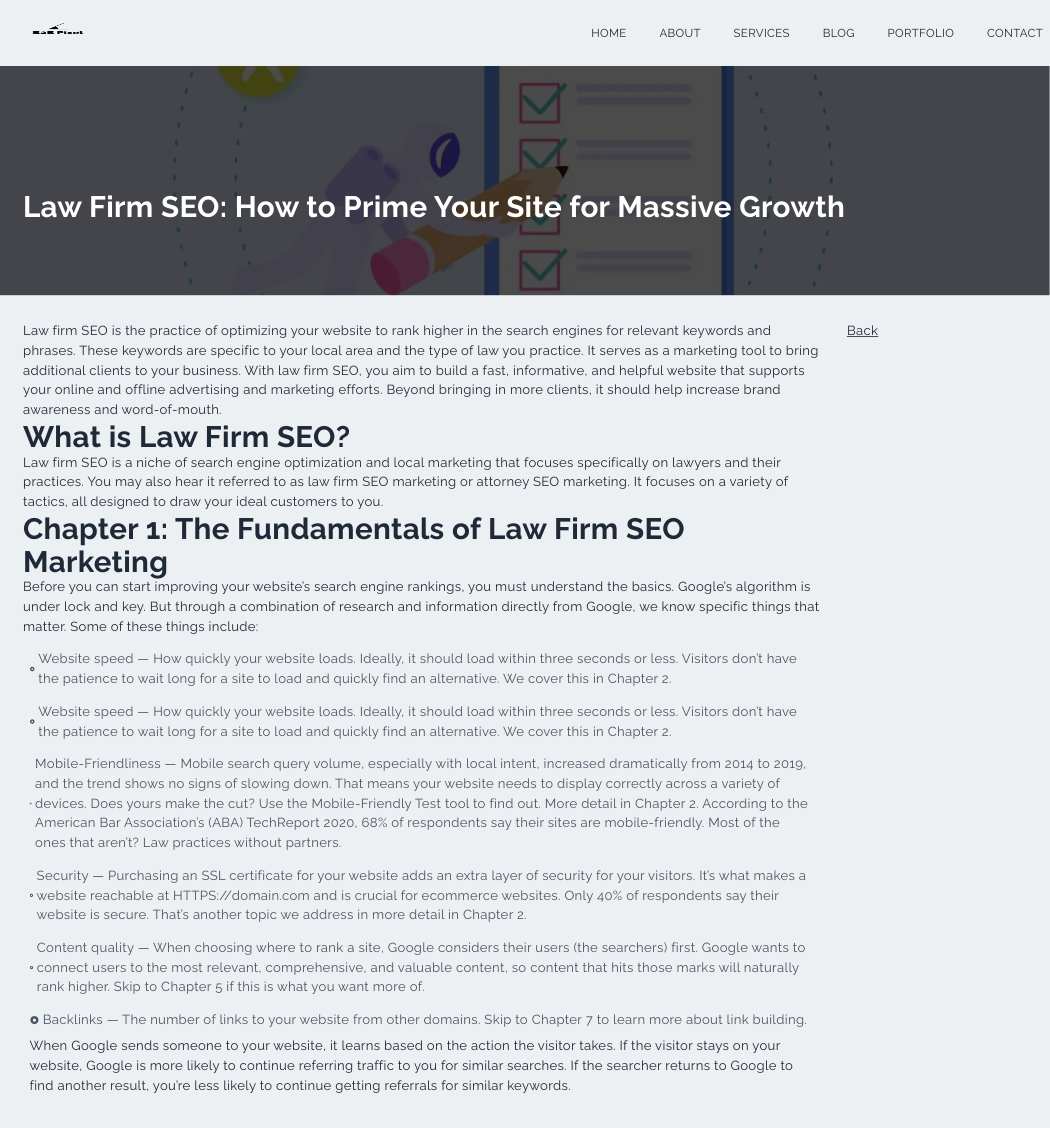
Repository: DID0101/nextjs.b2b
Page: /netflix
The author's editor kept a copy of each file at every save. The page is drawn from the files as they stood at one save, then again after the next save.
The browser window is 1280 px wide. The pictures show the whole page, at 82% of full size.
The project was rebuilt for these pictures with package versions that can differ from the ones it lists, and the page was loaded fresh each time. The framework's server and built-in components were replaced by stand-ins that run in the browser. Also part of the build but not shown: next.config.js.

Above is the page before, as saved 2024-01-22 03:57:31.

### pages/netflix.jsx
import Image from 'next/image';
import React from 'react';
import netflixImg from '../public/assets/projects/netflix.jpg';
import { RiRadioButtonFill } from 'react-icons/ri';
import Link from 'next/link';

const netflix = () => {
  return (
    <div className='w-full'>
      <div className='w-screen h-[50vh] relative'>
        <div className='absolute top-0 left-0 w-full h-[50vh] bg-black/70 z-10' />
        <Image
          className='absolute z-1'
          layout='fill'
          objectFit='cover'
          src={netflixImg}
          alt='/'
        />
        <div className='absolute top-[70%] max-w-[1240px] w-full left-[50%] right-[50%] translate-x-[-50%] translate-y-[-50%] text-white z-10 p-2'>
          <h2 className='py-2'>Law Firm SEO: How to Prime Your Site for Massive Growth</h2>
          {/* <h3>React JS / Tailwind / Firebase</h3> */}
        </div>
      </div>

      <div className='max-w-[1240px] mx-auto p-2 grid md:grid-cols-5 gap-8 py-8'>
        <div className='col-span-4'>
          {/* <p>Project</p> */}
          {/* <h2>Overview</h2> */}
          <p>
          Law firm SEO is the practice of optimizing your website to rank higher in the search engines for relevant keywords and phrases. These keywords are specific to your local area and the type of law you practice. It serves as a marketing tool to bring additional clients to your business.

With law firm SEO, you aim to build a fast, informative, and helpful website that supports your online and offline advertising and marketing efforts. Beyond bringing in more clients, it should help increase brand awareness and word-of-mouth.
          </p>
          <p>

          </p>
          <h2>What is Law Firm SEO?</h2>
          <p> </p>
          <p>Law firm SEO is a niche of search engine optimization and local marketing that focuses specifically on lawyers and their practices. You may also hear it referred to as law firm SEO marketing or attorney SEO marketing. It focuses on a variety of tactics, all designed to draw your ideal customers to you.</p>
            <p> </p>
            <h2>Chapter 1: The Fundamentals of Law Firm SEO Marketing</h2>
            <p> </p>
            <p>Before you can start improving your website’s search engine rankings, you must understand the basics. Google’s algorithm is under lock and key. But through a combination of research and information directly from Google, we know specific things that matter. Some of these things include:</p>
               <p>

               </p>
               <div className='p-2'>
            <div className='grid grid-cols-3 md:grid-cols-1'>
              <p className='text-gray-600 py-2 flex items-center'>
                <RiRadioButtonFill className='pr-1' /> Website speed — How quickly your website loads. Ideally, it should load within three seconds or less. Visitors don’t have the patience to wait long for a site to load and quickly find an alternative. We cover this in Chapter 2.
              </p>
              <p className='text-gray-600 py-2 flex items-center'>
                <RiRadioButtonFill className='pr-1' /> Website speed — How quickly your website loads. Ideally, it should load within three seconds or less. Visitors don’t have the patience to wait long for a site to load and quickly find an alternative. We cover this in Chapter 2.
              </p>
              <p className='text-gray-600 py-2 flex items-center'>
                <RiRadioButtonFill className='pr-1' /> Mobile-Friendliness — Mobile search query volume, especially with local intent, increased dramatically from 2014 to 2019, and the trend shows no signs of slowing down. That means your website needs to display correctly across a variety of devices. Does yours make the cut? Use the Mobile-Friendly Test tool to find out. More detail in Chapter 2. According to the American Bar Association’s (ABA) TechReport 2020, 68% of respondents say their sites are mobile-friendly. Most of the ones that aren’t? Law practices without partners.
              </p>
              <p className='text-gray-600 py-2 flex items-center'>
                <RiRadioButtonFill className='pr-1' /> Security — Purchasing an SSL certificate for your website adds an extra layer of security for your visitors. It’s what makes a website reachable at HTTPS://domain.com and is crucial for ecommerce websites. Only 40% of respondents say their website is secure.  That’s another topic we address in more detail in Chapter 2.
              </p>
              <p className='text-gray-600 py-2 flex items-center'>
                <RiRadioButtonFill className='pr-1' /> Content quality — When choosing where to rank a site, Google considers their users (the searchers) first. Google wants to connect users to the most relevant, comprehensive, and valuable content, so content that hits those marks will naturally rank higher. Skip to Chapter 5 if this is what you want more of.
              </p>
              <p className='text-gray-600 py-2 flex items-center'>
                <RiRadioButtonFill className='pr-1' />Backlinks — The number of links to your website from other domains. Skip to Chapter 7 to learn more about link building.
              </p>

            </div>
            <p>

            </p>
            <p>When Google sends someone to your website, it learns based on the action the visitor takes. If the visitor stays on your website, Google is more likely to continue referring traffic to you for similar searches. If the searcher returns to Google to find another result, you’re less likely to continue getting referrals for similar keywords. </p>
          </div>


          {/* <a
            href='https://github.com/fireclint/netflix-react-tailwind'
            target='_blank'
            rel='noreferrer'
          >
            <button className='px-8 py-2 mt-4 mr-8'>Code</button>
          </a>
          <a
            href='https://fireclint.github.io/netflix-react-tailwind/'
            target='_blank'
            rel='noreferrer'
          >
            <button className='px-8 py-2 mt-4'>Demo</button>
          </a> */}
        </div>
        {/* <div className='col-span-4 md:col-span-1 shadow-xl shadow-gray-400 rounded-xl py-4'>
          <div className='p-2'>
            <p className='text-center font-bold pb-2'>Technologies</p>
            <div className='grid grid-cols-3 md:grid-cols-1'>
              <p className='text-gray-600 py-2 flex items-center'>
                <RiRadioButtonFill className='pr-1' /> React
              </p>
              <p className='text-gray-600 py-2 flex items-center'>
                <RiRadioButtonFill className='pr-1' /> Tailwind
              </p>
              <p className='text-gray-600 py-2 flex items-center'>
                <RiRadioButtonFill className='pr-1' /> Javascript
              </p>
              <p className='text-gray-600 py-2 flex items-center'>
                <RiRadioButtonFill className='pr-1' /> Firebase
              </p>
              <p className='text-gray-600 py-2 flex items-center'>
                <RiRadioButtonFill className='pr-1' /> IMDB API
              </p>
            </div>
          </div>
        </div> */}
        <Link href='/#projects'>
          <p className='underline cursor-pointer'>Back</p>
        </Link>
      </div>
    </div>
  );
};

export default netflix;

### components/Navbar.jsx
import Image from 'next/image';
import Link from 'next/link';
import React, { useState, useEffect } from 'react';
import { AiOutlineClose, AiOutlineMail, AiOutlineMenu } from 'react-icons/ai';
import { FaGithub, FaLinkedinIn } from 'react-icons/fa';
import { BsFillPersonLinesFill } from 'react-icons/bs';
// import { useRouter } from 'next/router';
import NavLogo from '../public/assets/navLogo.png'

const Navbar = () => {
  const [nav, setNav] = useState(false);
  const [shadow, setShadow] = useState(false);
  const [navBg, setNavBg] = useState('#ecf0f3');
  const [linkColor, setLinkColor] = useState('#1f2937');
  // const [position, setPosition] = useState('fixed')
  // const router = useRouter();

  // useEffect(() => {
  //   if (
  //     router.asPath === '/property' ||
  //     router.asPath === '/crypto' ||
  //     router.asPath === '/netflix' ||
  //     router.asPath === '/twitch'
  //   ) {
  //     setNavBg('transparent');
  //     setLinkColor('#ecf0f3');
  //   } else {
  //     setNavBg('#ecf0f3');
  //     setLinkColor('#1f2937');
  //   }
  // }, [router]);

  const handleNav = () => {
    setNav(!nav);
  };

  useEffect(() => {
    const handleShadow = () => {
      if (window.scrollY >= 90) {
        setShadow(true);
      } else {
        setShadow(false);
      }
    };
    window.addEventListener('scroll', handleShadow);
  }, []);

  return (
    <div
      style={{ backgroundColor: `${navBg}` }}
      className={
        shadow
          ? 'fixed w-full h-20 shadow-xl z-[100] ease-in-out duration-300'
          : 'fixed w-full h-20 z-[100]'
      }
    >
      <div className='flex justify-between items-center w-full h-full px-2 2xl:px-16'>
        <Link href='/'>
          <a>
            <Image
              src={NavLogo}
              alt='/'
              width='125'
              height='50'
              className='cursor-pointer'
            />
          </a>
        </Link>
        <div>
          <ul style={{ color: `${linkColor}` }} className='hidden md:flex'>
            <li className='ml-10 text-sm uppercase hover:border-b'>
              <Link href='/'>Home</Link>
            </li>
            <li className='ml-10 text-sm uppercase hover:border-b'>
              <Link href='/#about'>About</Link>
            </li>
            <li className='ml-10 text-sm uppercase hover:border-b'>
              <Link href='/#skills'>Services</Link>
            </li>
            <li className='ml-10 text-sm uppercase hover:border-b'>
              <Link href='/#projects'>Blog</Link>
            </li>
            <li className='ml-10 text-sm uppercase hover:border-b'>
              <Link href='/resume'>Portfolio</Link>
            </li>
            <li className='ml-10 text-sm uppercase hover:border-b'>
              <Link href='/#contact'>Contact</Link>
            </li>
          </ul>
          {/* Hamburger Icon */}
          <div
            style={{ color: `${linkColor}` }}
            onClick={handleNav}
            className='md:hidden'
          >
            <AiOutlineMenu size={25} />
          </div>
        </div>
      </div>

      {/* Mobile Menu */}
      {/* Overlay */}
      <div
        className={
          nav ? 'md:hidden fixed left-0 top-0 w-full h-screen bg-black/70' : ''
        }
      >
        {/* Side Drawer Menu */}
        <div
          className={
            nav
              ? ' fixed left-0 top-0 w-[75%] sm:w-[60%] md:w-[45%] h-screen bg-[#ecf0f3] p-10 ease-in duration-500'
              : 'fixed left-[-100%] top-0 p-10 ease-in duration-500'
          }
        >
          <div>
            <div className='flex w-full items-center justify-between'>
              <Link href='/'>
                <a>
                  <Image
                    src={NavLogo}
                    width='87'
                    height='35'
                    alt='/'
                  />
                </a>
              </Link>
              <div
                onClick={handleNav}
                className='rounded-full shadow-lg shadow-gray-400 p-3 cursor-pointer'
              >
                <AiOutlineClose />
              </div>
            </div>
            <div className='border-b border-gray-300 my-4'>
              <p className='w-[85%] md:w-[90%] py-4'>
                Let&#39;s build something legendary together
              </p>
            </div>
          </div>
          <div className='py-4 flex flex-col'>
            <ul className='uppercase'>
              <Link href='/'>
                <li onClick={() => setNav(false)} className='py-4 text-sm'>
                  Home
                </li>
              </Link>
              <Link href='/#about'>
                <li onClick={() => setNav(false)} className='py-4 text-sm'>
                  About
                </li>
              </Link>
              <Link href='/#skills'>
                <li onClick={() => setNav(false)} className='py-4 text-sm'>
                  Skills
                </li>
              </Link>
              <Link href='/#projects'>
                <li onClick={() => setNav(false)} className='py-4 text-sm'>
                  Projects
                </li>
              </Link>
              <Link href='/resume'>
                <li onClick={() => setNav(false)} className='py-4 text-sm'>
                  Resume
                </li>
              </Link>
              <Link href='/#contact'>
                <li onClick={() => setNav(false)} className='py-4 text-sm text-[#ac4d5a]'>
                  Save My Spot
                </li>
              </Link>
            </ul>
            <div className='pt-40'>
              <p className='uppercase tracking-widest text-[#5651e5]'>
                Let&#39;s Connect
              </p>
              <div className='flex items-center justify-between my-4 w-full sm:w-[80%]'>
                <a
                  href='https://www.linkedin.com/in/clint-briley-50056920a/'
                  target='_blank'
                  rel='noreferrer'
                >
                  <div className='rounded-full shadow-lg shadow-gray-400 p-3 cursor-pointer hover:scale-105 ease-in duration-300'>
                    <FaLinkedinIn />
                  </div>
                </a>
                <a
                  href='https://github.com/fireclint'
                  target='_blank'
                  rel='noreferrer'
                >
                  <div className='rounded-full shadow-lg shadow-gray-400 p-3 cursor-pointer hover:scale-105 ease-in duration-300'>
                    <FaGithub />
                  </div>
                </a>
                <Link href='/#contact'>
                  <div
                    onClick={() => setNav(!nav)}
                    className='rounded-full shadow-lg shadow-gray-400 p-3 cursor-pointer hover:scale-105 ease-in duration-300'
                  >
                    <AiOutlineMail />
                  </div>
                </Link>
                <Link href='/resume'>
                  <div
                    onClick={() => setNav(!nav)}
                    className='rounded-full shadow-lg shadow-gray-400 p-3 cursor-pointer hover:scale-105 ease-in duration-300'
                  >
                    <BsFillPersonLinesFill />
                  </div>
                </Link>
              </div>
            </div>
          </div>
        </div>
      </div>
    </div>
  );
};

export default Navbar;

Loaded but not shown: pages/_app.js (common file); pages/_document.js (common file); styles/globals.css (common file); tailwind.config.js (common file)

After the next save:
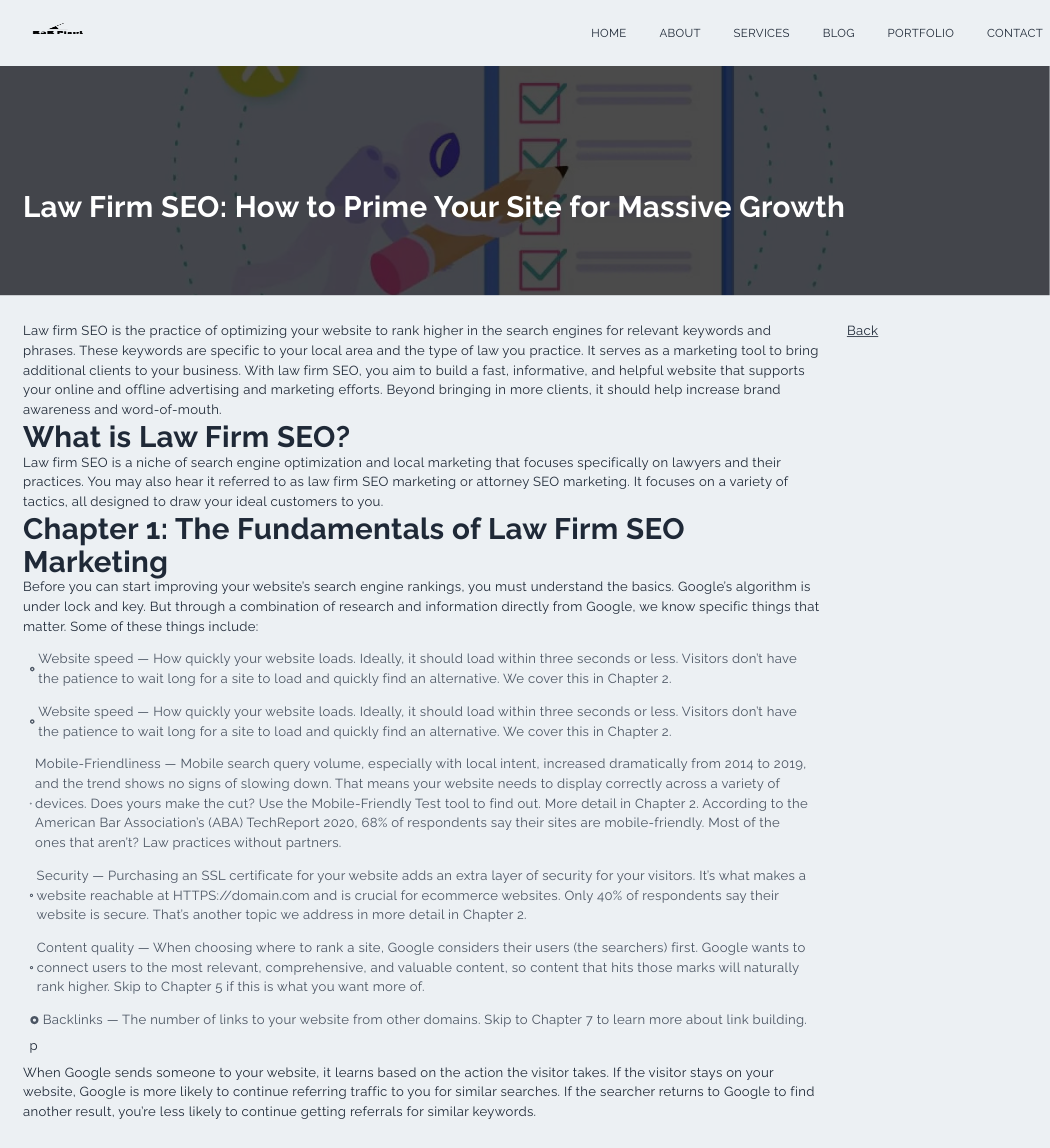
Saved 31 s later.
--- a/pages/netflix.jsx
+++ b/pages/netflix.jsx
@@ -64,13 +64,13 @@
               <p className='text-gray-600 py-2 flex items-center'>
                 <RiRadioButtonFill className='pr-1' />Backlinks — The number of links to your website from other domains. Skip to Chapter 7 to learn more about link building.
               </p>
+              p
+            </div>
+          </div>
+          <p>
 
-            </div>
-            <p>
-
-            </p>
-            <p>When Google sends someone to your website, it learns based on the action the visitor takes. If the visitor stays on your website, Google is more likely to continue referring traffic to you for similar searches. If the searcher returns to Google to find another result, you’re less likely to continue getting referrals for similar keywords. </p>
-          </div>
+          </p>
+          <p>When Google sends someone to your website, it learns based on the action the visitor takes. If the visitor stays on your website, Google is more likely to continue referring traffic to you for similar searches. If the searcher returns to Google to find another result, you’re less likely to continue getting referrals for similar keywords. </p>
 
 
           {/* <a
